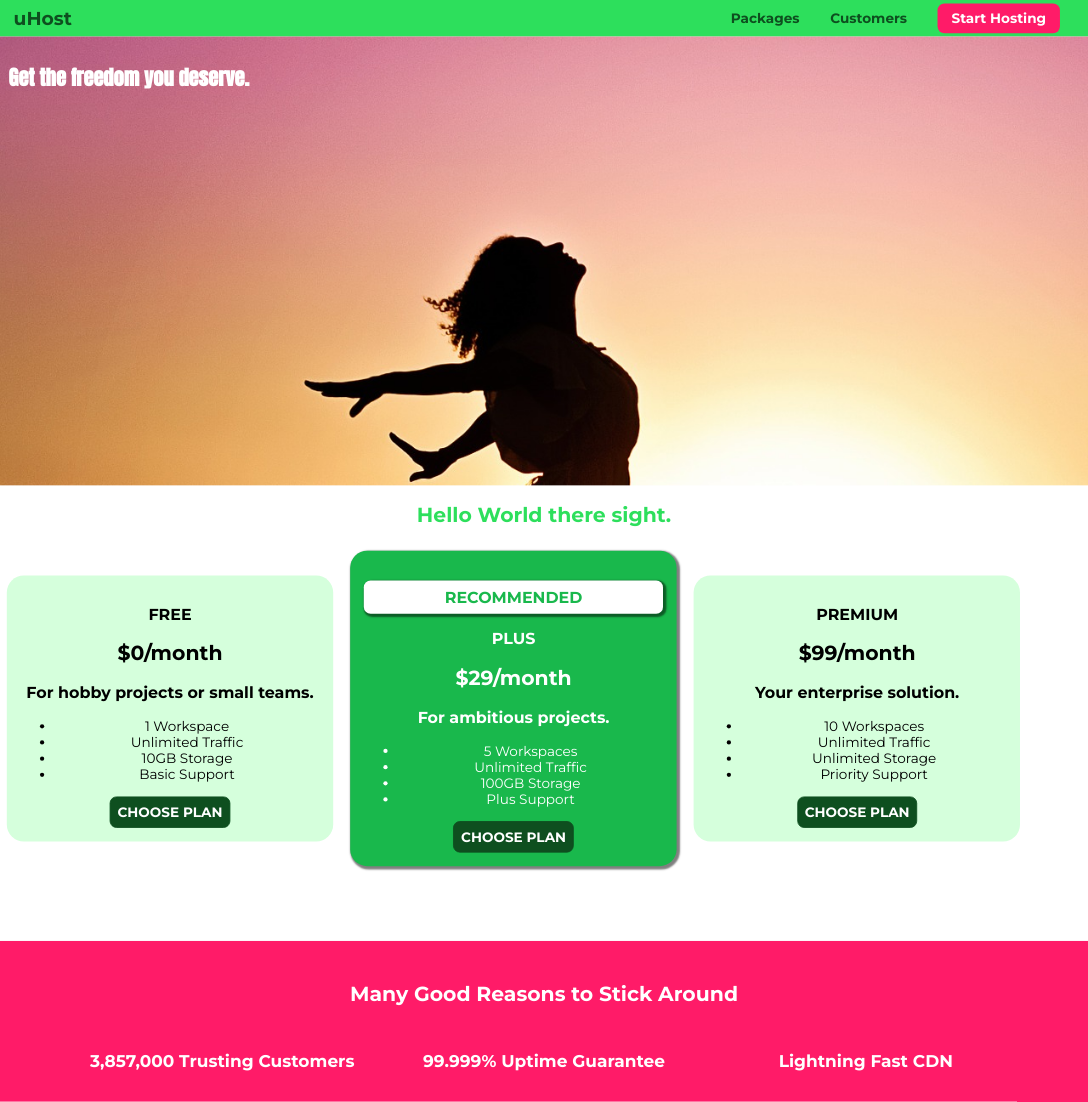
Repository: xtremer15/Css-JS
Page: Css-JS/JS and CSS Study/CSS/basics-01-understanding-the-course-project-starting-code/CSS Study/index.html
The author's editor kept a copy of each file at every save. The page is drawn from the files as they stood at one save, then again after the next save.
The browser window is 1280 px wide. The pictures show the whole page, at 85% of full size.

Above is the page before, as saved 2020-04-01 13:15:41.

After the next save:
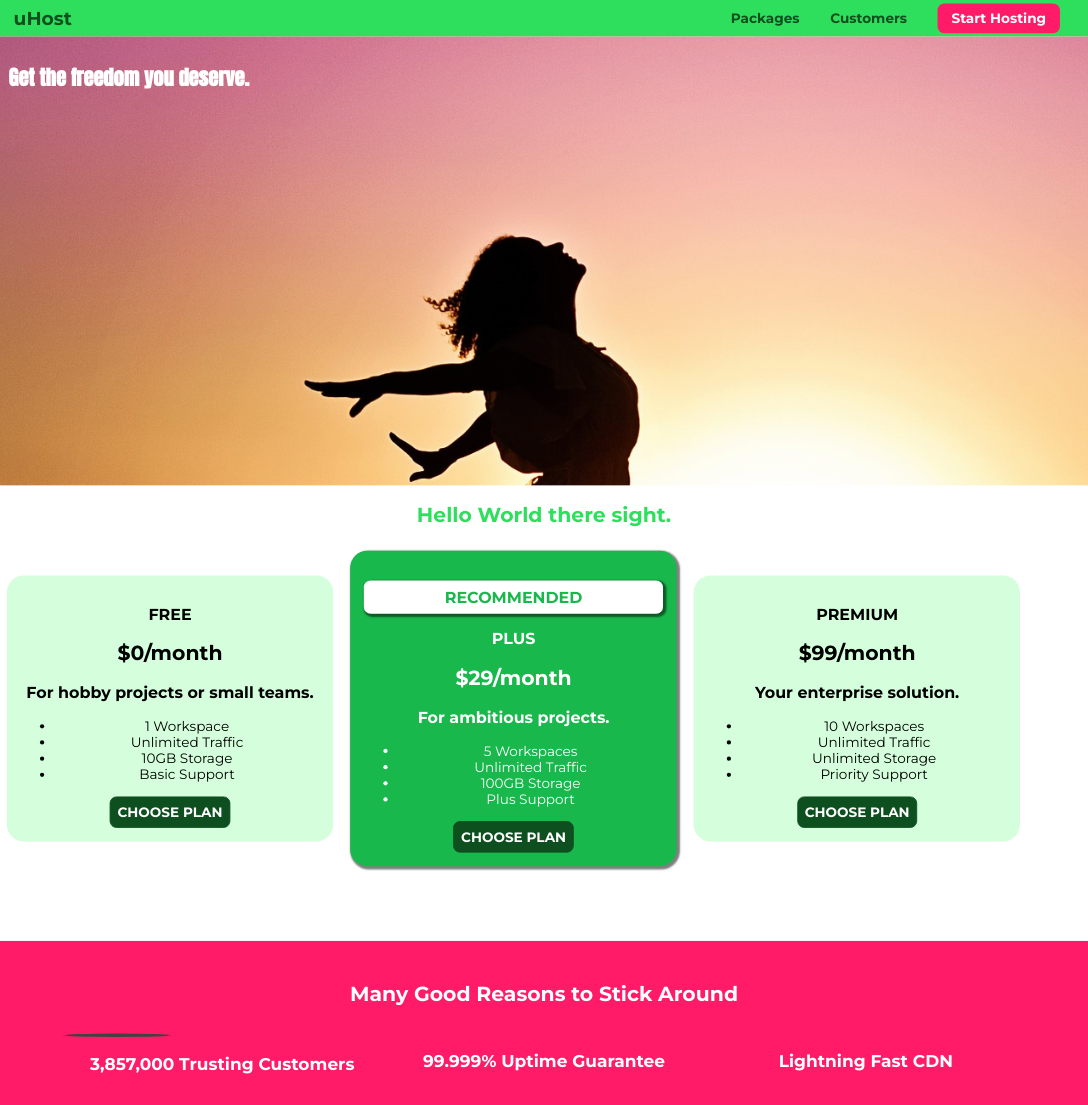
Saved 7 s later.
--- a/Css-JS/JS and CSS Study/CSS/basics-01-understanding-the-course-project-starting-code/CSS Study/index.html
+++ b/Css-JS/JS and CSS Study/CSS/basics-01-understanding-the-course-project-starting-code/CSS Study/index.html
@@ -88,7 +88,7 @@
             <h1 class="section-title">Many Good Reasons to Stick Around</h1>
             <ul class="key-feature__list">
                 <li class="key-feature__item">
-                    <div class="">
+                    <div class="key-feature__img">
 
                     </div>
                     <p class="key-feature__description">3,857,000 Trusting Customers</p>
